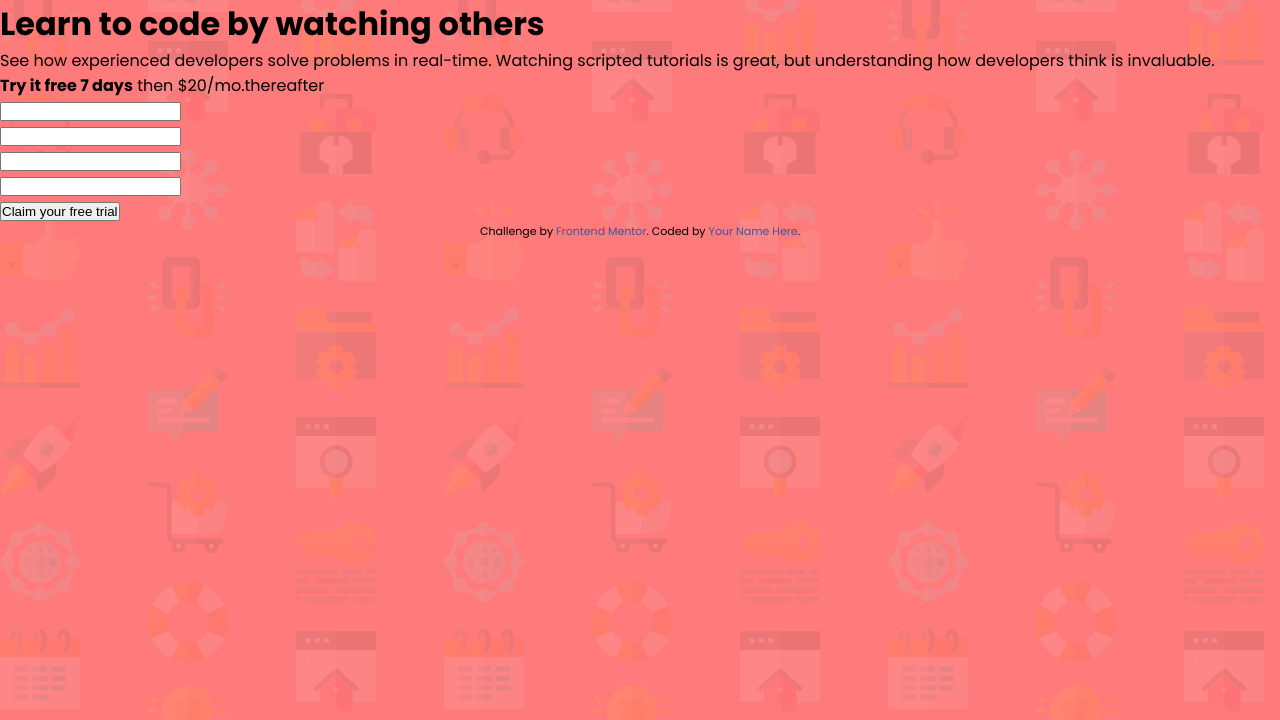
Repository: Akashiii1/WebSignup_Form_Day2
Page: index.html
The author's editor kept a copy of each file at every save. The page is drawn from the files as they stood at one save, then again after the next save.
The browser window is 1280 px wide. The pictures show the whole page.

Above is the page before, as saved 2021-12-19 16:28:45.

### index.html
<!DOCTYPE html>
<html lang="en">
  <head>
    <meta charset="UTF-8" />
    <meta name="viewport" content="width=device-width, initial-scale=1.0" />
    <!-- displays site properly based on user's device -->

    <link
      rel="icon"
      type="image/png"
      sizes="32x32"
      href="./images/favicon-32x32.png"
    />

    <title>Frontend Mentor | Intro component with sign up form</title>

    <!-- Feel free to remove these styles or customise in your own stylesheet 👍 -->
    <link rel="stylesheet" href="style.css" />
    <style>
      .attribution {
        font-size: 11px;
        text-align: center;
      }

      .attribution a {
        color: hsl(228, 45%, 44%);
      }
    </style>
  </head>

  <body>
    <!--




  First Name
  Last Name
  Email Address
  Password



  By clicking the button, you are agreeing to our Terms and Services -->
    <div class="container">
      <div>
        <h1>Learn to code by watching others</h1>
        <p>
          See how experienced developers solve problems in real-time. Watching
          scripted tutorials is great, but understanding how developers think is
          invaluable.
        </p>
      </div>
      <div>
        <div class="box">
          <p><strong> Try it free 7 days</strong> then $20/mo.thereafter</p>
        </div>
        <form action="" class="box">
          <div class="form-control"><input type="text"><small></small></div>
          <div class="form-control"><input type="text"><small></small></div>
          <div class="form-control"><input type="text"><small></small></div>
          <div class="form-control"><input type="text"><small></small></div>
          <button >Claim your free trial </button>
        </form>
      </div>
    </div>
    <footer>
      <p class="attribution">
        Challenge by
        <a href="https://www.frontendmentor.io?ref=challenge" target="_blank"
          >Frontend Mentor</a
        >. Coded by <a href="#">Your Name Here</a>.
      </p>
    </footer>
    <script src="app.js"></script>
  </body>
</html>

### style.css
@import url('https://fonts.googleapis.com/css2?family=Poppins:wght@400;500;600;700&display=swap');
html {
box-sizing: border-box;
}
*{
margin: 0;
padding: 0;
}
*,*:before,*:after {
box-sizing: border-box;
}
input,
textarea,
select,
button{
outline: none;
}
input{
line-height: normal;
}
label,
button{
cursor: pointer;
}
a {
text-decoration: none;
}
img {
display: block;
max-width: 100%;
}
body{
  font-family: 'Poppins', sans-serif;
  background: url(images/bg-intro-desktop.png);
  background-color: hsl(0, 100%, 74%) ;
}

Loaded but not shown: app.js (no stored copy; drawn as an empty file)

After the next save:
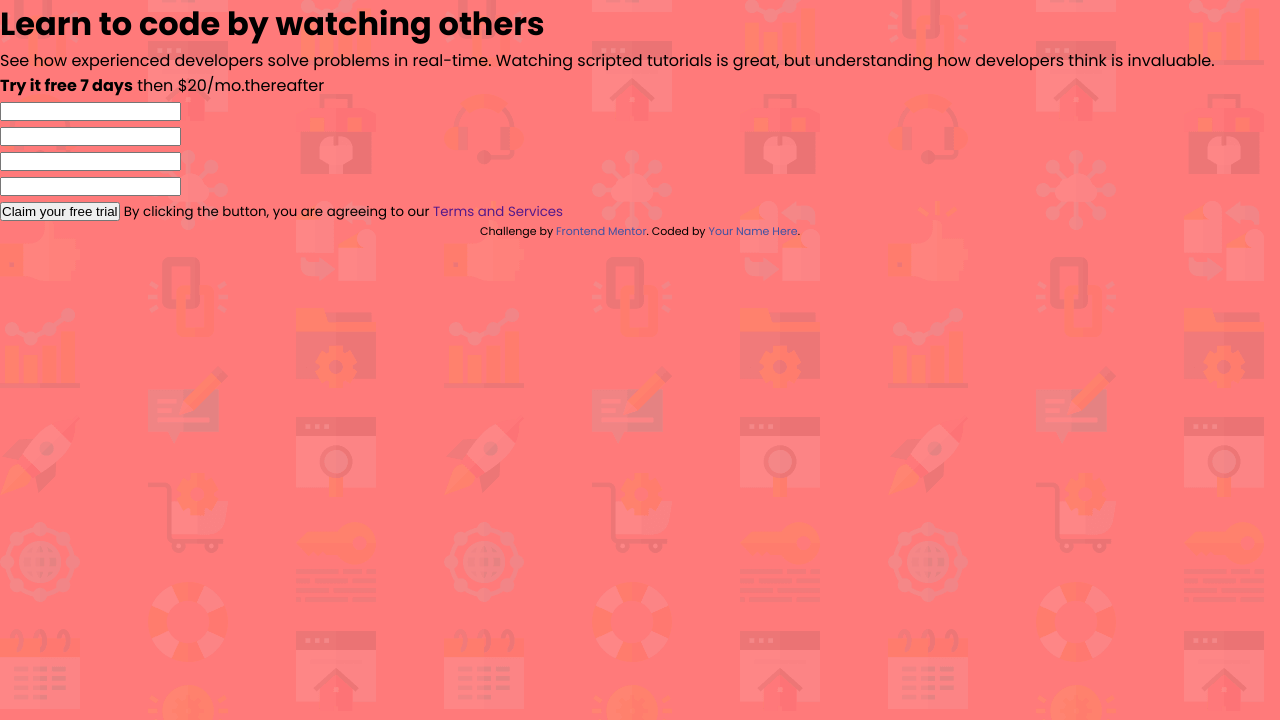
Saved 44 s later.
--- a/index.html
+++ b/index.html
@@ -41,7 +41,7 @@
 
 
 
-  By clicking the button, you are agreeing to our Terms and Services -->
+   -->
     <div class="container">
       <div>
         <h1>Learn to code by watching others</h1>
@@ -61,6 +61,7 @@
           <div class="form-control"><input type="text"><small></small></div>
           <div class="form-control"><input type="text"><small></small></div>
           <button >Claim your free trial </button>
+          <small>By clicking the button, you are agreeing to our <a href="">Terms and Services</a></small>
         </form>
       </div>
     </div>
